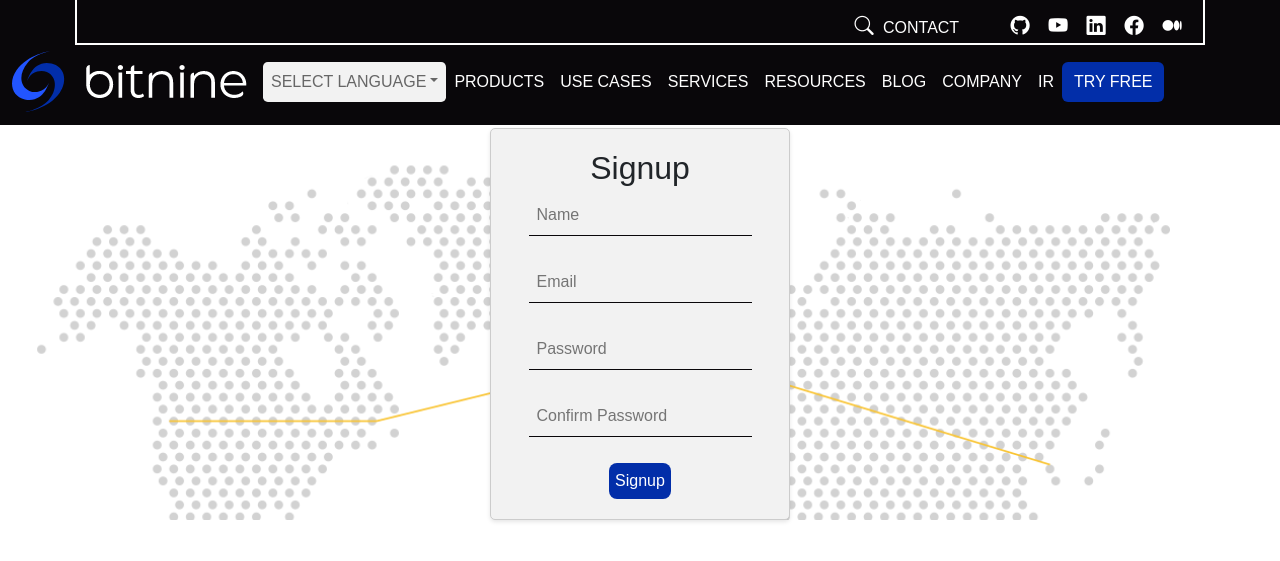
Repository: devblackie/signinpage
Page: /
An editor plug-in stored every save of this project. The page is shown before and after a run of saves, followed by the edit.
The browser window is 1280 px wide. The pictures show the whole page.
Some web fonts or font styles are not loaded; a fallback is used. The project was rebuilt for these pictures with package versions that can differ from the ones it lists, and the page was loaded fresh each time. Also part of the build but not shown: vite.config.js, src/components/Login.jsx, src/components/Dashboard.jsx, src/components/Home.jsx, src/components/ProtectedDashboard.jsx.

Above is the page before, as saved 2023-08-28 17:01:39.

After the next 2 saves:
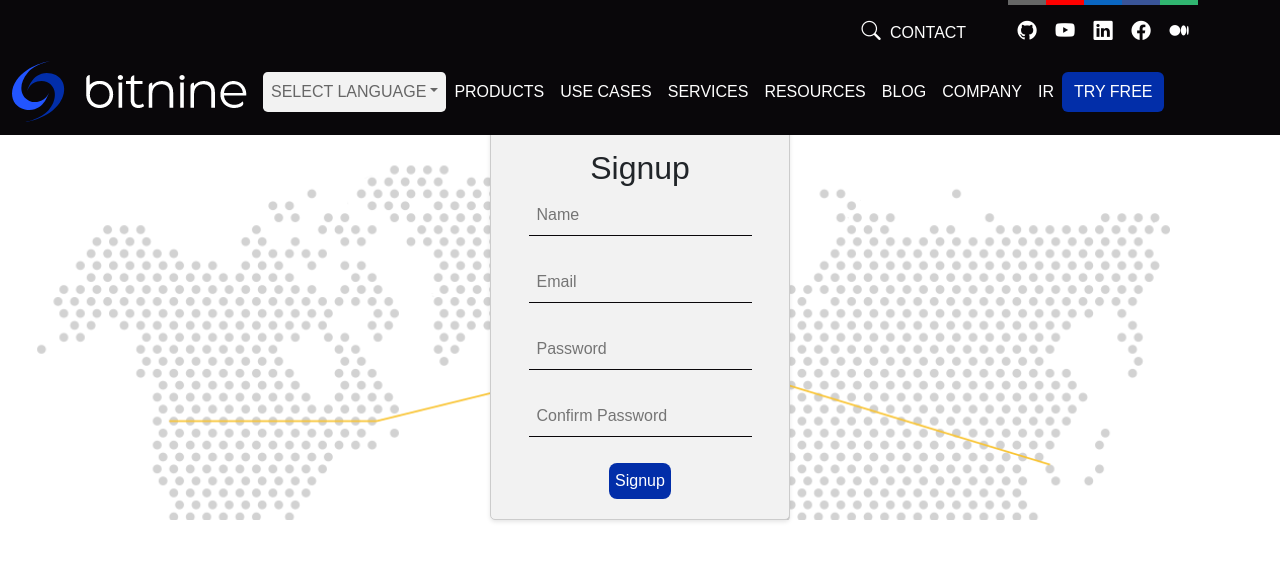
The 2 saves are shown as one change because they came seconds apart.
The last was saved 34 s later.
--- a/src/components/style/navbar.css
+++ b/src/components/style/navbar.css
@@ -16,6 +16,7 @@
     color: #666666;
   }
 }
+to
 
 .topbar .container .row {
   margin: -7px;

After the 6 saves that followed:
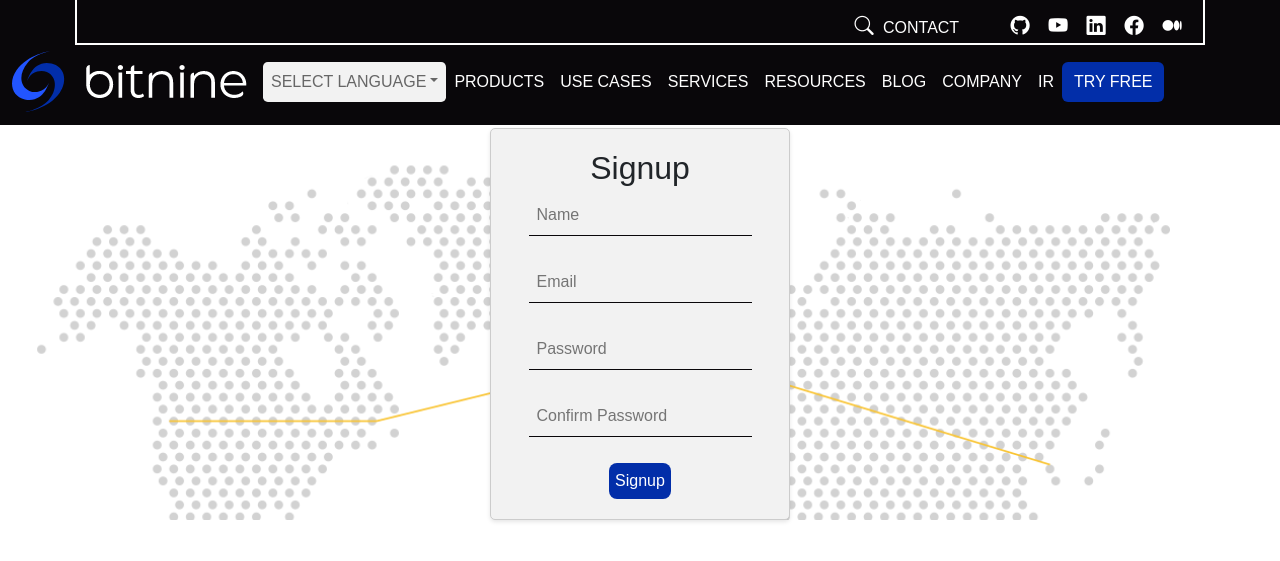
The 6 saves are shown as one change because 1 left the picture as it was and some came seconds apart.
The last was saved 17 s later.
--- a/src/components/style/navbar.css
+++ b/src/components/style/navbar.css
@@ -16,7 +16,7 @@
     color: #666666;
   }
 }
-to
+.topbar .container{}
 
 .topbar .container .row {
   margin: -7px;
